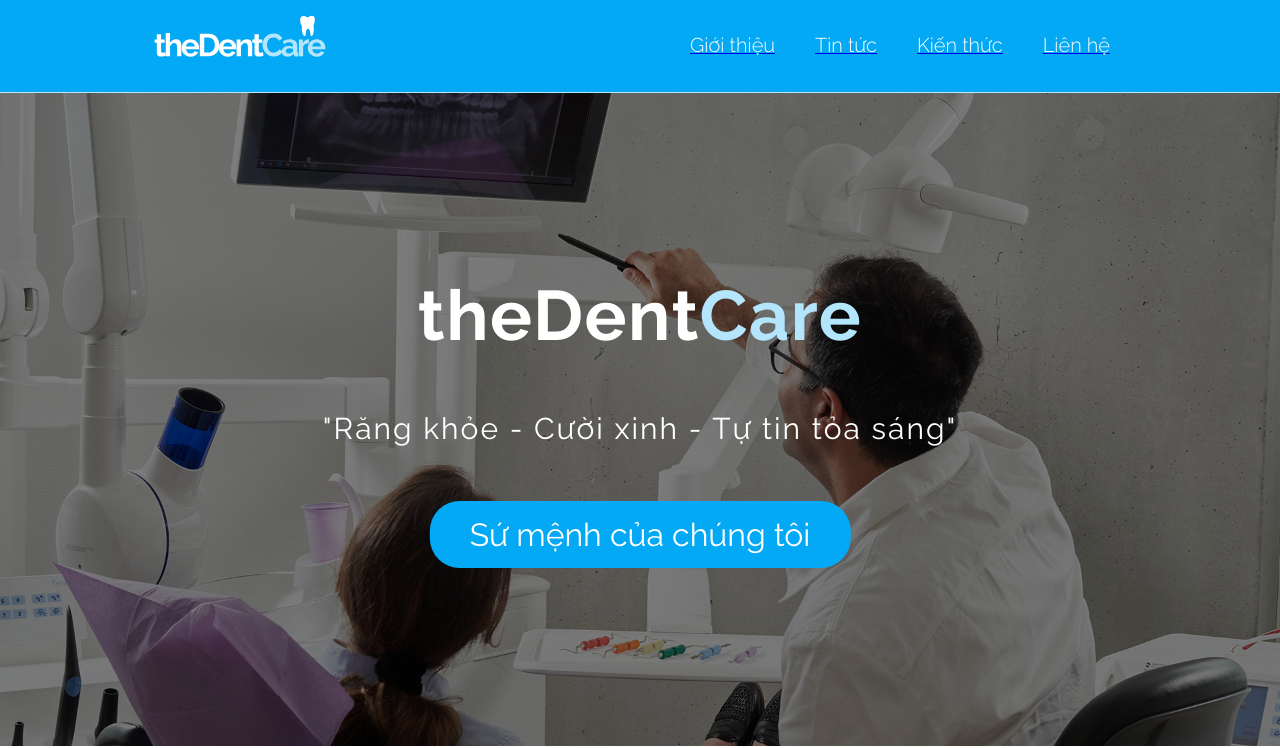
Repository: vantoan19/theDentCare
Page: / (app in theDentalCare/the-dental-care/)
These files come from the project's save history. The page is drawn as it stood at one moment and after the next save; the edit follows.
The browser window is 1280 px wide. The pictures show the whole page.
The project was rebuilt for these pictures with package versions that can differ from the ones it lists, and the page was loaded fresh each time. The framework's server and built-in components were replaced by stand-ins that run in the browser.

Above is the page before, as saved 2022-09-23 21:01:02.

After the next save:
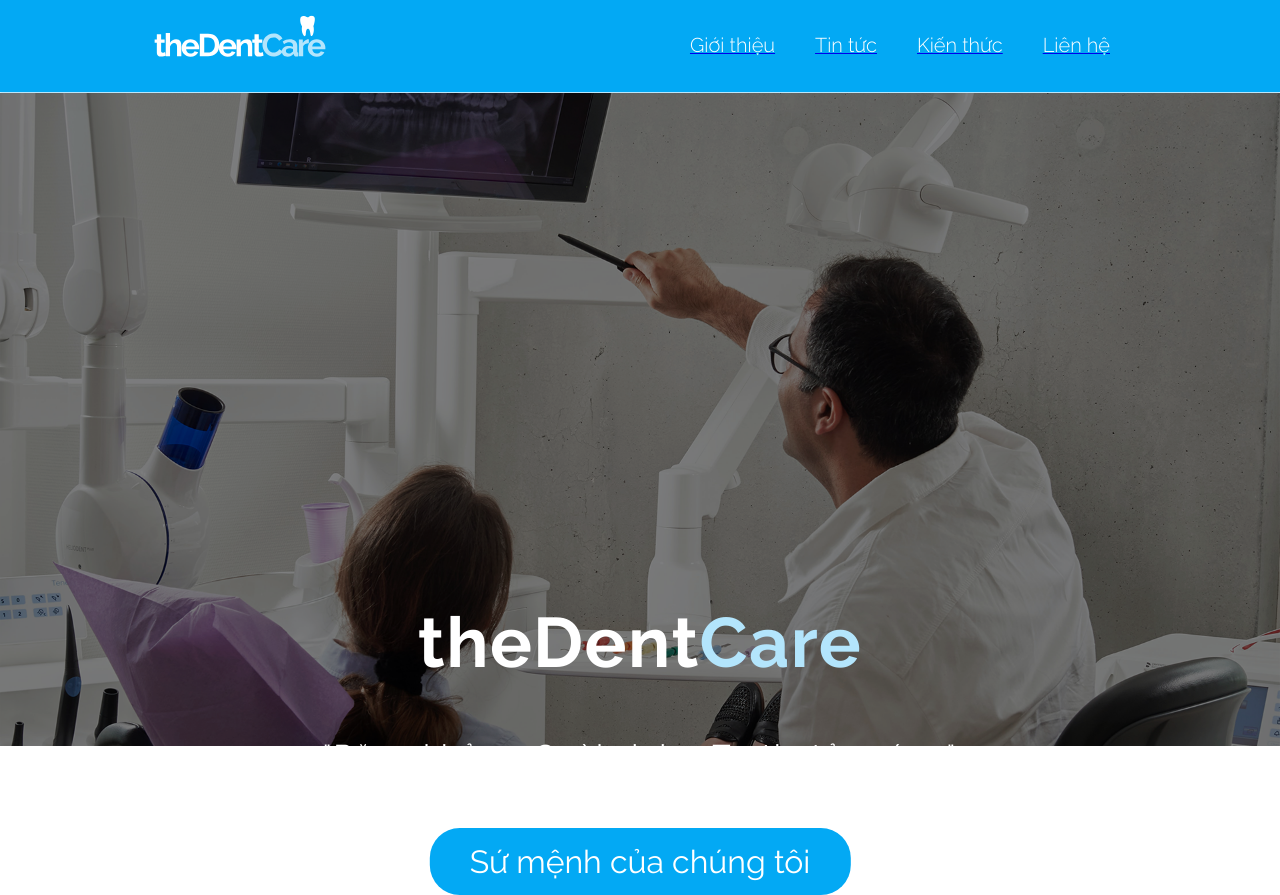
Saved 21 s later.
--- a/theDentalCare/the-dental-care/pages/index.js
+++ b/theDentalCare/the-dental-care/pages/index.js
@@ -45,8 +45,8 @@
   return (
     <Fragment>
       <NavBar />
+      <BackgroundImage src="/backgroundImage.png" alt="background image" />
       <HomeContainer>
-        <BackgroundImage src="/backgroundImage.png" alt="background image" />
         <MainContainer>
           <MainHeader>
             theDent<Hightlight>Care</Hightlight>

After the save that followed:
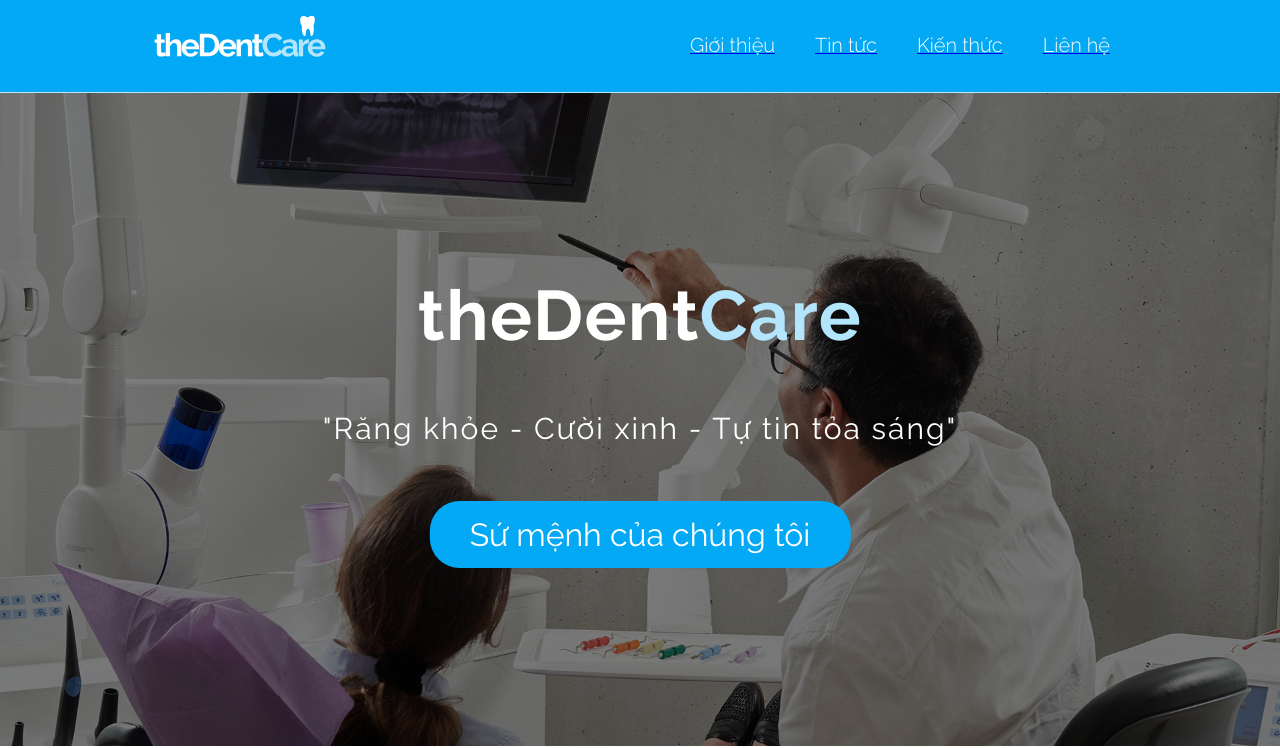
Saved 24 s later.
--- a/theDentalCare/the-dental-care/pages/index.js
+++ b/theDentalCare/the-dental-care/pages/index.js
@@ -45,8 +45,8 @@
   return (
     <Fragment>
       <NavBar />
-      <BackgroundImage src="/backgroundImage.png" alt="background image" />
       <HomeContainer>
+        <BackgroundImage src="/backgroundImage.png" alt="background image" />
         <MainContainer>
           <MainHeader>
             theDent<Hightlight>Care</Hightlight>
